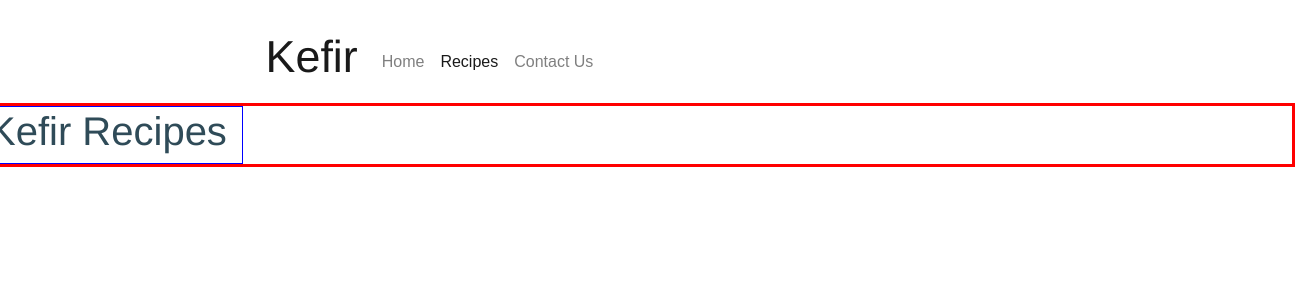
Repository: Code-Institute-Submissions/andna5980-kefir-repo_JuneResub
Page: recipes.html
An editor plug-in stored every save of this project. The page is shown before and after the next save, followed by the edit.
The browser window is 1280 px wide. The page is 1295 px wide, so the pictures cover 1295 px, including what lies to the right of the window. The pictures show the whole page.
Some web fonts or font styles are not loaded; a fallback is used. Some web libraries are served in a nearby version.

Above is the page before, as saved 2021-03-02 19:50:14.

### recipes.html
<!DOCTYPE html>
<html lang="en-US">

<head>
    <meta charset="UTF-8">
    <meta name="viewport" content="width=device-width, initial-scale=1.0">
    <meta name="author" content="Andres Navarrete">
    <meta name="description"
        content="Kefir, meet the power of nature. Bring the right knowledge and the best recipes from mother nature">
    <meta name="keywords" content="Kefir, recipes, natural-products, home-made, organic, healthy">
    <title>KEFIR | MEET THE POWER OF NATURE</title>
    <link rel="stylesheet" href="https://cdn.jsdelivr.net/npm/bootstrap@4.5.3/dist/css/bootstrap.min.css"
        integrity="sha384-TX8t27EcRE3e/ihU7zmQxVncDAy5uIKz4rEkgIXeMed4M0jlfIDPvg6uqKI2xXr2" crossorigin="anonymous">
    <link rel="stylesheet" href="https://use.fontawesome.com/releases/v5.6.3/css/all.css"
        integrity="sha384-UHRtZLI+pbxtHCWp1t77Bi1L4ZtiqrqD80Kn4Z8NTSRyMA2Fd33n5dQ8lWUE00s/" crossorigin="anonymous">
    <link href="./assets/styles/style.css" rel="stylesheet">
</head>

<body>

    <!--------------------Main-Header-------------------------------------->
    <header>
        <nav class="navbar navbar-expand-md navbar-light">
            <a class="navbar-brand" href="#">Kefir</a>
            <button class="navbar-toggler" type="button" data-toggle="collapse" data-target="#navbarNav"
                aria-controls="navbarNav" aria-expanded="false" aria-label="Toggle navigation">
                <span class="navbar-toggler-icon"></span>
            </button>
            <div class="collapse navbar-collapse" id="navbarNav">
                <ul class="navbar-nav">
                    <li class="nav-item">
                        <a class="nav-link" href="index.html">Home </a>
                    </li>
                    <li class="nav-item active">
                        <a class="nav-link" href="recipes.html">Recipes<span class="sr-only">(current)</span></a>
                    </li>
                    <li class="nav-item">
                        <a class="nav-link" href="contact.html">Contact Us</a>
                    </li>

                </ul>
            </div>
        </nav>
    </header>

    <!--------------------Kefir-Recipes-pics-------------------------------------->

    <section class="test-red row">
        <div class="test-blue recipes-title row">
            <div class="col-12">
                <h1>Kefir Recipes</h1>
            </div>
        </div>
    </section>
















</body>




<script src="https://code.jquery.com/jquery-3.2.1.slim.min.js"
  integrity="sha384-KJ3o2DKtIkvYIK3UENzmM7KCkRr/rE9/Qpg6aAZGJwFDMVNA/GpGFF93hXpG5KkN" crossorigin="anonymous"></script>
<script src="https://cdnjs.cloudflare.com/ajax/libs/popper.js/1.12.9/umd/popper.min.js"
  integrity="sha384-ApNbgh9B+Y1QKtv3Rn7W3mgPxhU9K/ScQsAP7hUibX39j7fakFPskvXusvfa0b4Q" crossorigin="anonymous"></script>
<script src="https://maxcdn.bootstrapcdn.com/bootstrap/4.0.0/js/bootstrap.min.js"
  integrity="sha384-JZR6Spejh4U02d8jOt6vLEHfe/JQGiRRSQQxSfFWpi1MquVdAyjUar5+76PVCmYl" crossorigin="anonymous"></script>
</html>

### assets/styles/style.css
@import url('https://fonts.googleapis.com/css2?family=Amatic+SC&family=Caveat+Brush&display=swap');

/*.container {
    margin: 15px;
}
*/

body {
    font-family: Arial, Helvetica, sans-serif;
    color: #2F4B58;
    max-width: 1950px;
}

h1, h2, h3 {
    font-family:  Caveat Brush, Helvetica, sans-serif;
    color: #2F4B58;
}


/*----------------------BORDER ROWS AND COLUMNS----------*/

.test-red {
    border: 3px solid red
}

.test-blue {
    border:1px solid blue
}


/*-----------------------Header ----------*/

.navbar-brand {
    float: left;
    color: #2F4B58;
    font-family:  Caveat Brush, Helvetica, sans-serif;
    font-size: 280%;
    margin-left: 20%;
    margin-top: 10px;
}

.navbar-nav {
    float: right;
}

.navbar-nav li a{
    margin-top: 20px;
    color: #2F4B58;
}


.navbar-toggler {
    border: 2px solid #2F4B58;
    color: #2F4B58;
}

/*
.navbar-toggler.icon{

}
*/


/*-----------------------Hero-image ----------*/

.container-hero {
    height: 400px;
    overflow: hidden;
}

.hero-image {
    height: 400px;
    width: 110%;
    background: url(../images/milk-kefir-grains-spoon_1024x1024.jpg) no-repeat center;
    animation-name: hero-zoom;
    animation-duration: 4s;
    animation-fill-mode: forwards;
}

.cover-text h2{
    color: whitesmoke;
    font-size: 140%;
    letter-spacing: 4px;
    text-align: center;



    width: 200px;
    height: 75px;

    padding-top: 10px;

    background-color: rgba(0, 0, 0, .5);
    border-radius: 30px;

    top: 200px;
    left: 100px;

    position: absolute;
}




/*------Animation of the Hero image-------*/

@keyframes hero-zoom {
    from{
        transform: scale(1);
    }
    to{
        transform: scale(1.2);
    }
}

/*-----------------------What-is-kefir-are----------*/

.welcome-text {
    text-align: center;
    margin: 25px, 0;
    padding-top: 30px;
}

.kefir-description{
    padding: 40px;
}

.kefir-description-image {
    padding-top: 20px;
    text-align: center;
}


/*-----------------------kefir-benefits-area----------*/

.benefits-title {
    text-align: center;
    margin: 40px, 0;

}

.benefits-row {
    padding: 40px;
    color: #2F4B58;

}

.benefits-box1 {
    background-color: #ECECDE;
}




/*-----------------------testimonies----------*/
.testimonies-title {
    text-align: center;
    margin: 25px, 0;
    margin-top: 10px;
    margin-bottom: 10px;
}

.testimony-image1 {
   padding-top: 40px;
   padding-left: 50px;
   display: flex;
   justify-content: center;
}

.testimony-image2 {
    padding-top: 40px;
    padding-left: 100px;
    display: flex;
   justify-content: center;
 }


.testimony-box {
    padding: 50px;
    justify-content: center;
}

/*-----------------------footer----------*/

footer {
    height: 80px;
    width: 100%;
    background-color: #2F4B58;
    overflow: hidden;
    margin-top: 20px;

}

.social-networks {
    text-align: center;
    margin-right: 20px;
}

.social-networks a {
    color: white;
    display: inline-block;

    margin: 1px;
    padding: 2%;

    transition: all 0.35s ease-in-out;
    -moz-transition: all 0.35s ease-in-out;
    -webkit-transition: all 0.35s ease-in-out;
    -o-transition: all 0.35s ease-in-out;
}

.social-networks a i:hover {
    color: black;
}

.social-networks i {
    font-size: 160%;
    margin: 1%;
    padding: 5%;
    color: white;
  }

  .social-networks span {
    color: white;
}

After the next save:
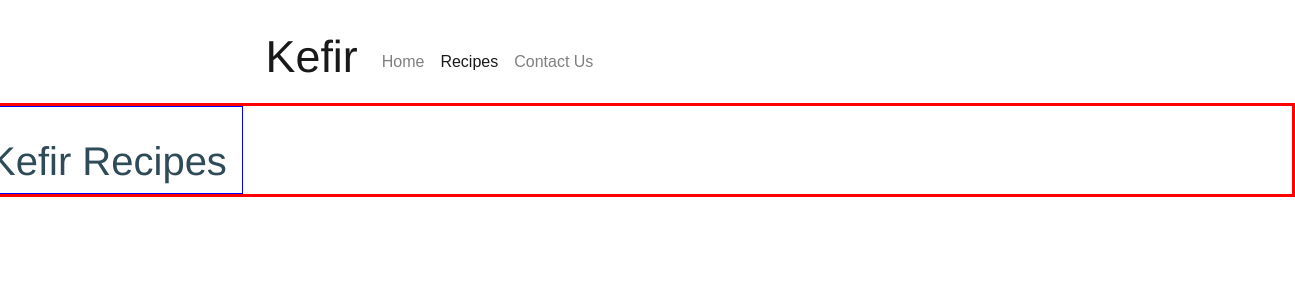
Saved 43 s later.
--- a/assets/styles/style.css
+++ b/assets/styles/style.css
@@ -180,6 +180,29 @@
     justify-content: center;
 }
 
+
+/*-----------------------RECIPES-PAGE----------*/
+
+.recipes-title{
+    text-align: center;
+    margin: 25px, 0;
+    padding-top: 30px;
+}
+
+
+
+
+
+
+
+
+
+
+
+
+
+
+
 /*-----------------------footer----------*/
 
 footer {

After the save that followed:
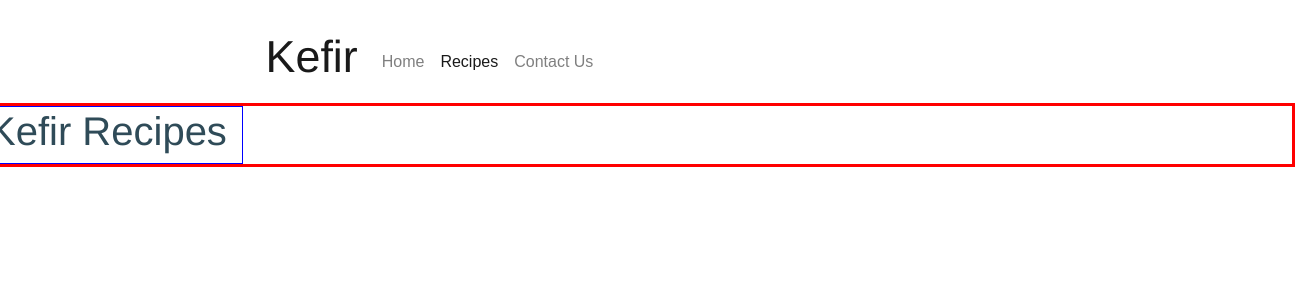
Saved 56 s later.
--- a/assets/styles/style.css
+++ b/assets/styles/style.css
@@ -185,8 +185,7 @@
 
 .recipes-title{
     text-align: center;
-    margin: 25px, 0;
-    padding-top: 30px;
+    margin: 40px, 0;
 }
 
 
